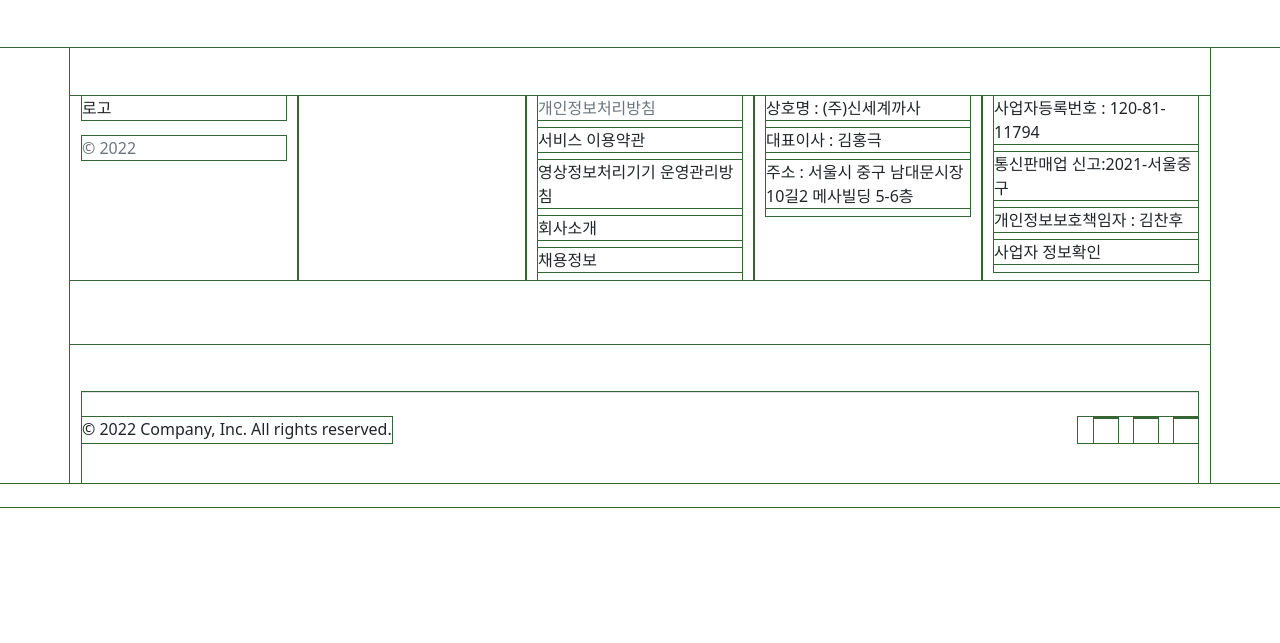
Repository: raoniee/Elice-House-Project
Page: FE/src/components/footer/footer.html
An editor plug-in stored every save of this project. The page is shown before and after the next save, followed by the edit.
The browser window is 1280 px wide. The pictures show the whole page.

Above is the page before, as saved 2023-07-04 17:00:36.

### FE/src/components/footer/footer.html
<!DOCTYPE html>
<html lang="ko">
  <head>
    <meta charset="UTF-8" />
    <meta http-equiv="X-UA-Compatible" content="IE=edge" />
    <meta name="viewport" content="width=device-width, initial-scale=1.0" />
    <title>Elice-House</title>
    <link
      href="https://cdn.jsdelivr.net/npm/bootstrap@5.2.3/dist/css/bootstrap.min.css"
      rel="stylesheet"
      integrity="sha384-rbsA2VBKQhggwzxH7pPCaAqO46MgnOM80zW1RWuH61DGLwZJEdK2Kadq2F9CUG65"
      crossorigin="anonymous"
    />
    <style>
      * {
        outline: 1px solid #363;
      }
    </style>
  </head>
  <body>
    <div class="container">
      <footer class="row py-5 my-5">
        <div class="col mb-3">
          <a
            href="/"
            class="d-flex align-items-center mb-3 link-dark text-decoration-none"
          >
            로고
          </a>
          <p class="text-muted">&copy; 2022</p>
        </div>

        <div class="col mb-3"></div>

        <div class="col mb-3">
          <ul class="nav flex-column">
            <li class="nav-item mb-2 text-muted">개인정보처리방침</li>
            <li class="nav-item mb-2">서비스 이용약관</li>
            <li class="nav-item mb-2">영상정보처리기기 운영관리방침</li>
            <li class="nav-item mb-2">회사소개</li>
            <li class="nav-item mb-2">채용정보</li>
          </ul>
        </div>

        <div class="col mb-3">
          <ul class="nav flex-column">
            <li class="nav-item mb-2">상호명 : (주)신세계까사</li>
            <li class="nav-item mb-2">대표이사 : 김홍극</li>
            <li class="nav-item mb-2">
              주소 : 서울시 중구 남대문시장10길2 메사빌딩 5-6층
            </li>
          </ul>
        </div>

        <div class="col mb-3">
          <ul class="nav flex-column">
            <li class="nav-item mb-2">사업자등록번호 : 120-81-11794</li>
            <li class="nav-item mb-2">통신판매업 신고:2021-서울중구</li>
            <li class="nav-item mb-2">개인정보보호책임자 : 김찬후</li>
            <li class="nav-item mb-2">사업자 정보확인</li>
          </ul>
        </div>
      </footer>
      <div
        class="d-flex flex-column flex-sm-row justify-content-between py-4 my-4 border-top"
      >
        <p>&copy; 2022 Company, Inc. All rights reserved.</p>
        <ul class="list-unstyled d-flex">
          <li class="ms-3">
            <a class="link-dark" href="#"
              ><svg class="bi" width="24" height="24">
                <use xlink:href="#twitter" /></svg
            ></a>
          </li>
          <li class="ms-3">
            <a class="link-dark" href="#"
              ><svg class="bi" width="24" height="24">
                <use xlink:href="#instagram" /></svg
            ></a>
          </li>
          <li class="ms-3">
            <a class="link-dark" href="#"
              ><svg class="bi" width="24" height="24">
                <use xlink:href="#facebook" /></svg
            ></a>
          </li>
        </ul>
      </div>
    </div>

    <script
      src="https://cdn.jsdelivr.net/npm/bootstrap@5.2.3/dist/js/bootstrap.bundle.min.js"
      integrity="sha384-kenU1KFdBIe4zVF0s0G1M5b4hcpxyD9F7jL+jjXkk+Q2h455rYXK/7HAuoJl+0I4"
      crossorigin="anonymous"
    ></script>
  </body>
</html>

After the next save:
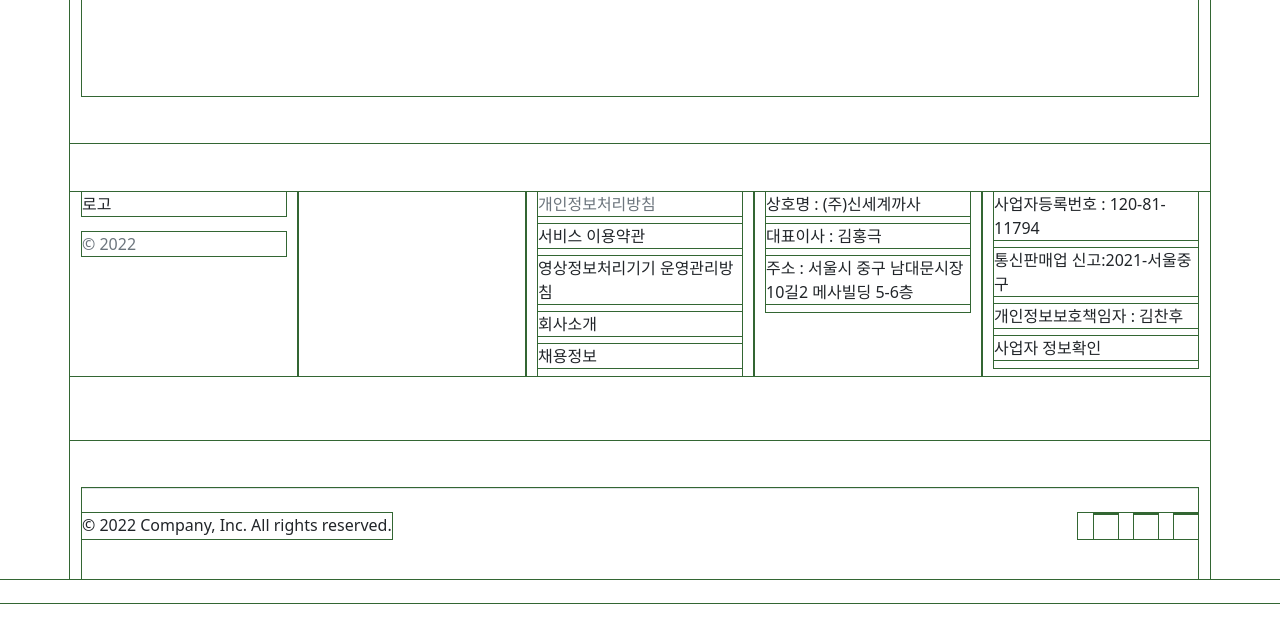
Saved 104 s later.
--- a/FE/src/components/footer/footer.html
+++ b/FE/src/components/footer/footer.html
@@ -19,7 +19,8 @@
   </head>
   <body>
     <div class="container">
-      <footer class="row py-5 my-5">
+      <footer class="py-5"></footer>
+      <div class="row py-5 my-5">
         <div class="col mb-3">
           <a
             href="/"
@@ -60,7 +61,7 @@
             <li class="nav-item mb-2">사업자 정보확인</li>
           </ul>
         </div>
-      </footer>
+      </div>
       <div
         class="d-flex flex-column flex-sm-row justify-content-between py-4 my-4 border-top"
       >
